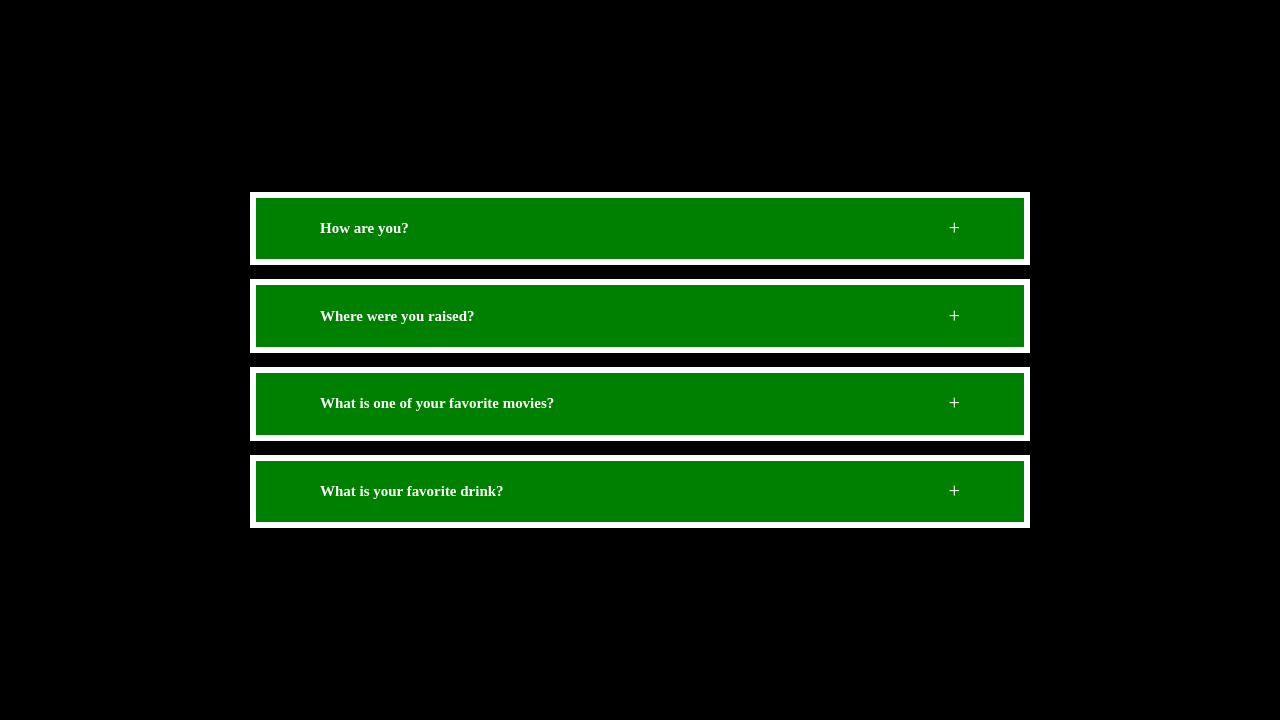
Repository: kosenijr/react-projects
Page: / (app in accordion/)
The author's editor kept a copy of each file at every save. The page is drawn from the files as they stood at one save, then again after the next save.
The browser window is 1280 px wide. The page is 1280 px wide, then 1286 px, so the pictures cover 1286 px, including what lies to the right of the window. The pictures show the whole page.
The project was rebuilt for these pictures with package versions that can differ from the ones it lists, and the page was loaded fresh each time.

Above is the page before, as saved 2024-03-02 23:38:18.

### accordion/src/App.js
import React from "react";
import "./App.css";
import SingleSelection from "./components/SingleSelection";

function App() {
  return (
    <div className="App">
      <SingleSelection />
    </div>
  );
}

export default App;

### accordion/src/components/SingleSelection.js
import React, { useState } from "react";
import "../styles/SingleSelection.css";
import data from "../data";

function Accordion() {
  // setting up useState
  const [selected, setSelected] = useState(null);
  // setting up handling
  const handleSingleSelection = (getCurrentId) => {
    console.log(selected, getCurrentId);
    // setSelected(getCurrentId === selected ? null : getCurrentId); // keep add condition for closure
    setSelected(selected !== getCurrentId ? getCurrentId : null);
  };

  return (
    <div className="wrapper">
      {/* single selection accordion */}
      <div className="accordion">
        {data && data.length > 0 ? (
          data.map((dataItem) => (
            <div className="item" key={dataItem.id}>
              {" "}
              {/* always remember to add key */}
              <div className="title">
                <h3>{dataItem.question}</h3>
                <span onClick={() => handleSingleSelection(dataItem.id)}>{selected === dataItem.id ? "-" : "+"}</span>
              </div>
              {selected === dataItem.id ? (
                <div className="content ">{dataItem.jargon}</div>
              ) : null}
            </div>
          ))
        ) : (
          <div>No data found!</div>
        )}
      </div>
    </div>
  );
}

export default Accordion;

### accordion/src/styles/SingleSelection.css
.wrapper {
  display: flex;
  justify-content: center;
  align-items: center;
  height: 100vh;
  width: 100vw;
  background-color: black;
  color: white;
}

.item {
  background-color: green;
  color: white;
  font-size: 0.8em;
  font-family: "Raleway", "Times New Roman";
  margin: 2vh 0;
  padding: 1vh 5vw;
  width: 50vw;
  border: 0.5em solid white;
  cursor: pointer;
}

.title {
  display: flex;
  justify-content: space-between;
  align-items: center;
}

span {
  font-size: 1.6em;;
}

.content {
  font-size: 1.2em;
  font-family:  "Raleway", "Times New Roman";
  font-weight: 600;
}

### accordion/src/data.js
const data = [
  {
    id: 1,
    question: "How are you?",
    answer: "I am well!",
    jargon: "Utilizing a microservices architecture with containerization via Kubernetes orchestration, our DevOps team employs continuous integration and delivery pipelines to streamline software deployment workflows."
  },

  {
    id: 2,
    question: "Where were you raised?",
    answer: "I was raised in Queens.",
    jargon: "Utilizing a microservices architecture with containerization via Kubernetes orchestration, our DevOps team employs continuous integration and delivery pipelines to streamline software deployment workflows."
  },

  {
    id: 3,
    question: "What is one of your favorite movies?",
    answer: "Harlem Nights",
    jargon: "Utilizing a microservices architecture with containerization via Kubernetes orchestration, our DevOps team employs continuous integration and delivery pipelines to streamline software deployment workflows."
  },

  {
    id: 4,
    question: "What is your favorite drink?",
    answer: "Water",
    jargon: "Utilizing a microservices architecture with containerization via Kubernetes orchestration, our DevOps team employs continuous integration and delivery pipelines to streamline software deployment workflows."
  },
];

export default data;

Loaded but not shown: accordion/public/index.html (common file); accordion/src/index.js (common file); accordion/src/index.css (common file); accordion/src/reportWebVitals.js (common file); accordion/src/App.css (common file)

After the next save:
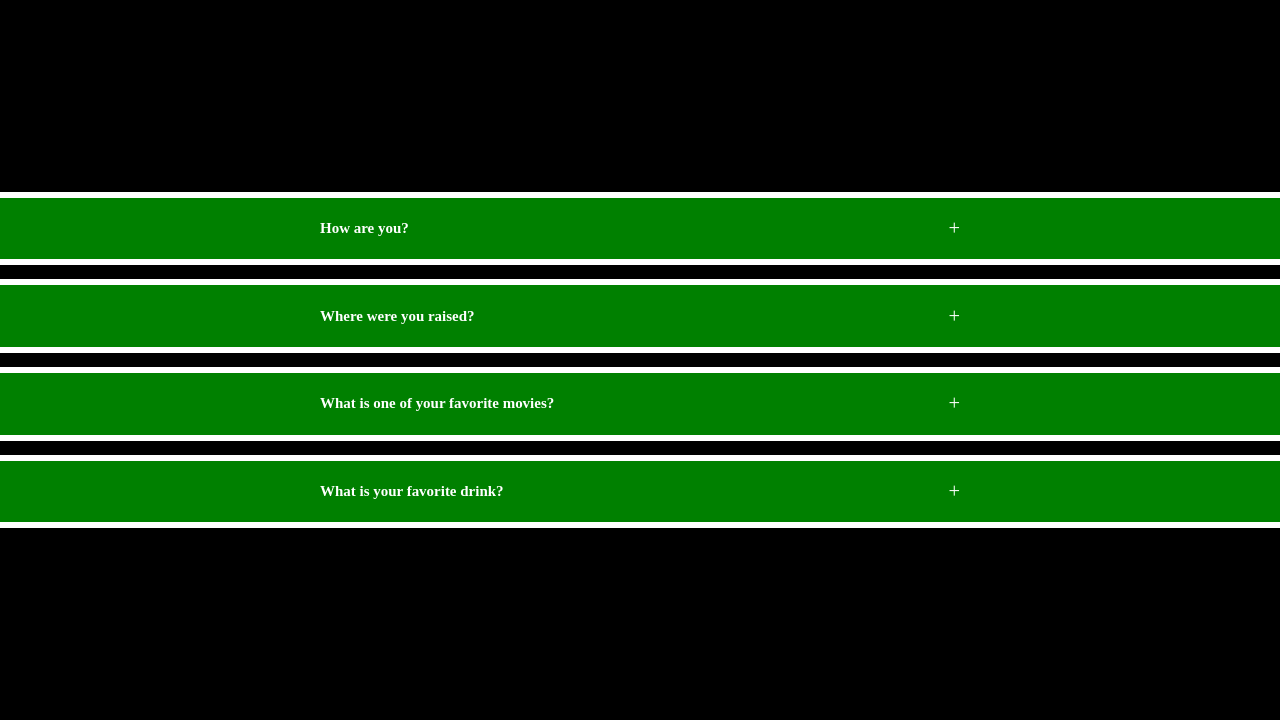
Saved 15 s later.
--- a/accordion/src/styles/SingleSelection.css
+++ b/accordion/src/styles/SingleSelection.css
@@ -14,7 +14,7 @@
   font-size: 0.8em;
   font-family: "Raleway", "Times New Roman";
   margin: 2vh 0;
-  padding: 1vh 5vw;
+  padding: 1vh 25vw;
   width: 50vw;
   border: 0.5em solid white;
   cursor: pointer;
